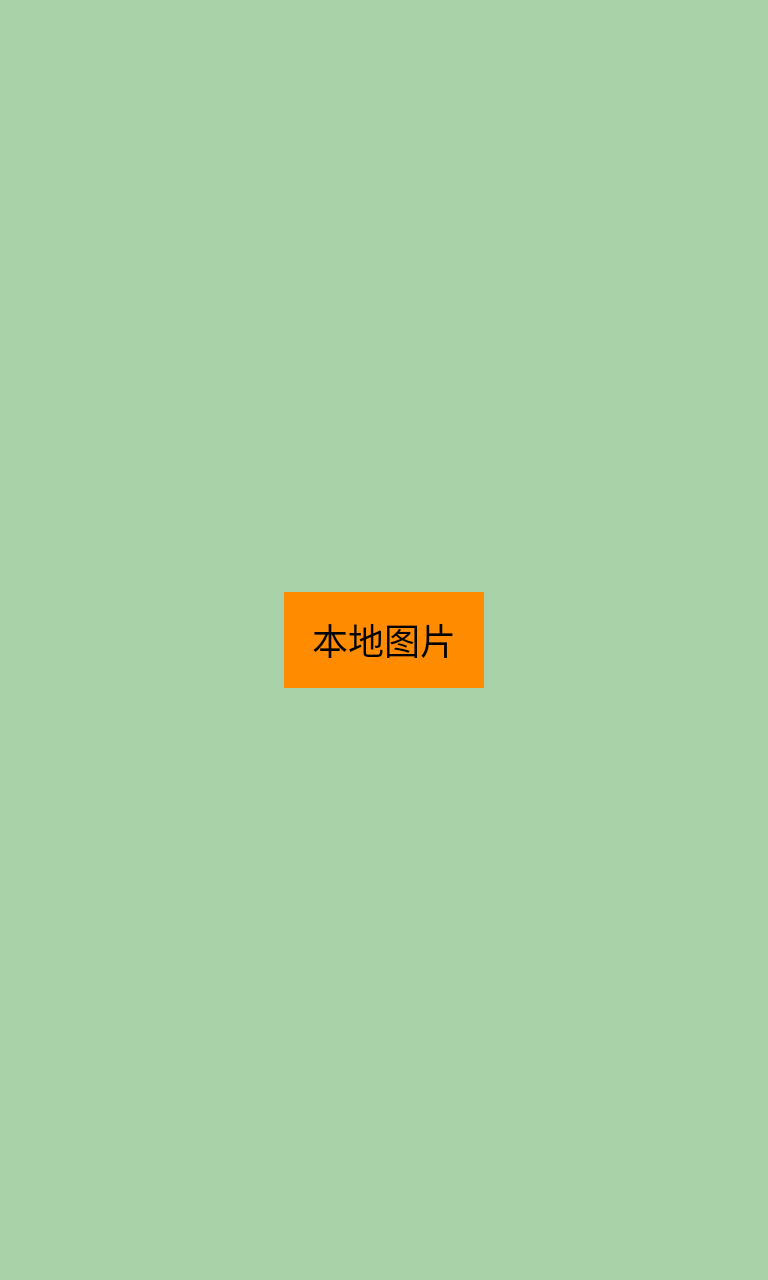
Repository: taiyang0725/Android
Layout: TestViewPage/res/layout/b.xml
These files come from the project's save history. The layout is drawn as it stood at one moment and after the next save; the edit follows.
It is drawn on a 768 x 1280 px phone screen (xhdpi) without system bars, with theme AppTheme; the app's code is not run.

Above is the layout before, as saved 2015-05-14 03:37:46.

After the next save:
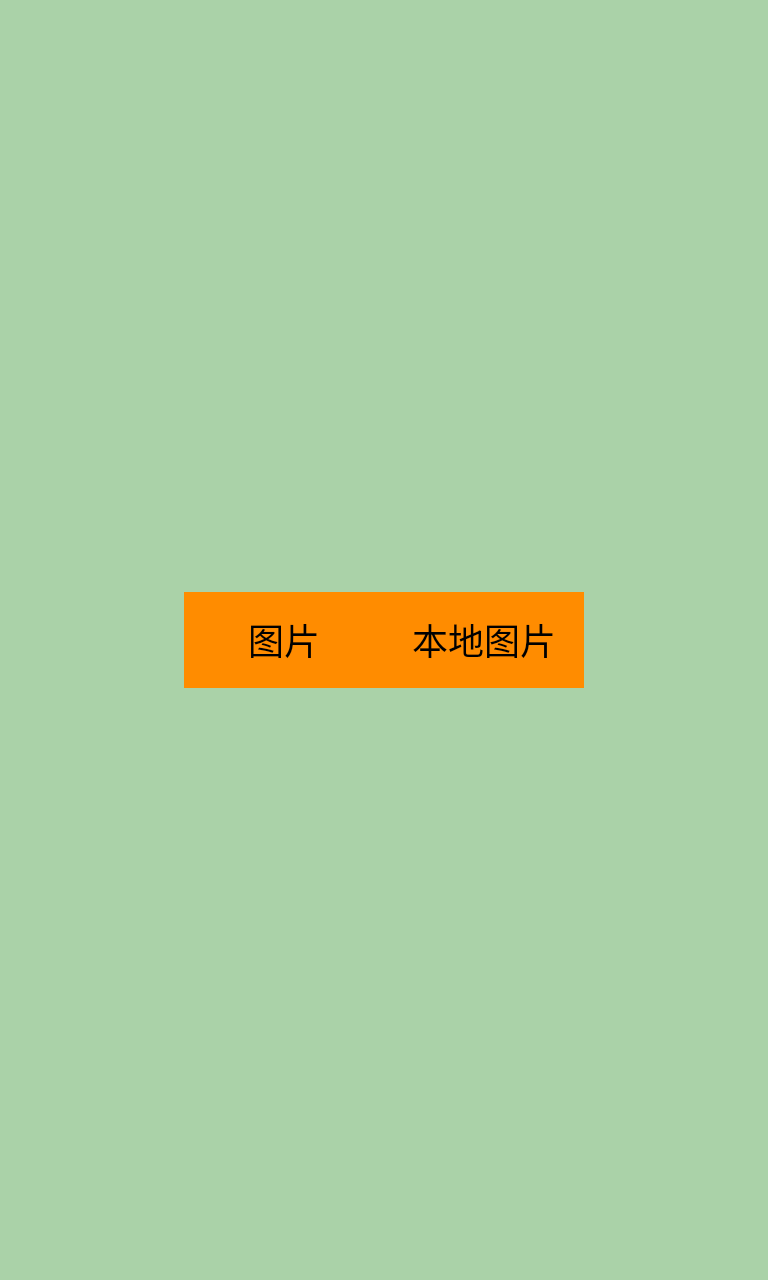
Saved 106 s later.
--- a/TestViewPage/res/layout/b.xml
+++ b/TestViewPage/res/layout/b.xml
@@ -4,12 +4,17 @@
     android:layout_height="match_parent"
     android:background="#AAD2A8" >
 
+   <LinearLayout
+       android:layout_width="wrap_content"
+        android:layout_height="wrap_content"
+        android:layout_centerInParent="true"
+       >
     <Button
         android:id="@+id/btn_pic_net"
         android:layout_width="100dp"
         android:layout_height="wrap_content"
         android:background="#FF8C00"
-        android:layout_centerInParent="true"
+
         android:text="图片"
         />
     <Button
@@ -21,6 +26,6 @@
         android:text="本地图片"
         />
 
-
+   </LinearLayout>
 
 </RelativeLayout>
